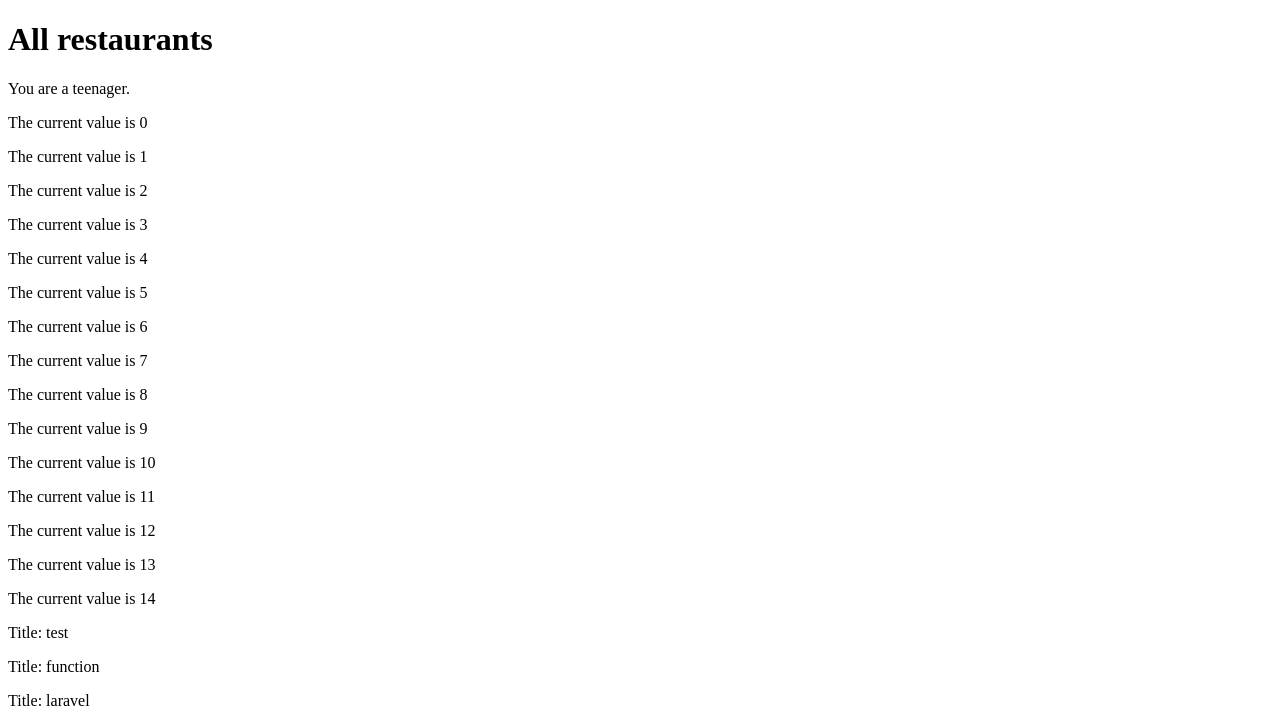
Repository: Dj3y/laravel
Page: http://localhost/restaurants
The author's editor kept a copy of each file at every save. The page is drawn from the files as they stood at one save, then again after the next save.
The browser window is 1280 px wide. The pictures show the whole page.
The page is served by the project's Laravel application, run on PHP 8.4 with Laravel 12. Queries for data that is not in the repository find no rows.

Above is the page before, as saved 2024-09-23 16:10:14.

After the next save:
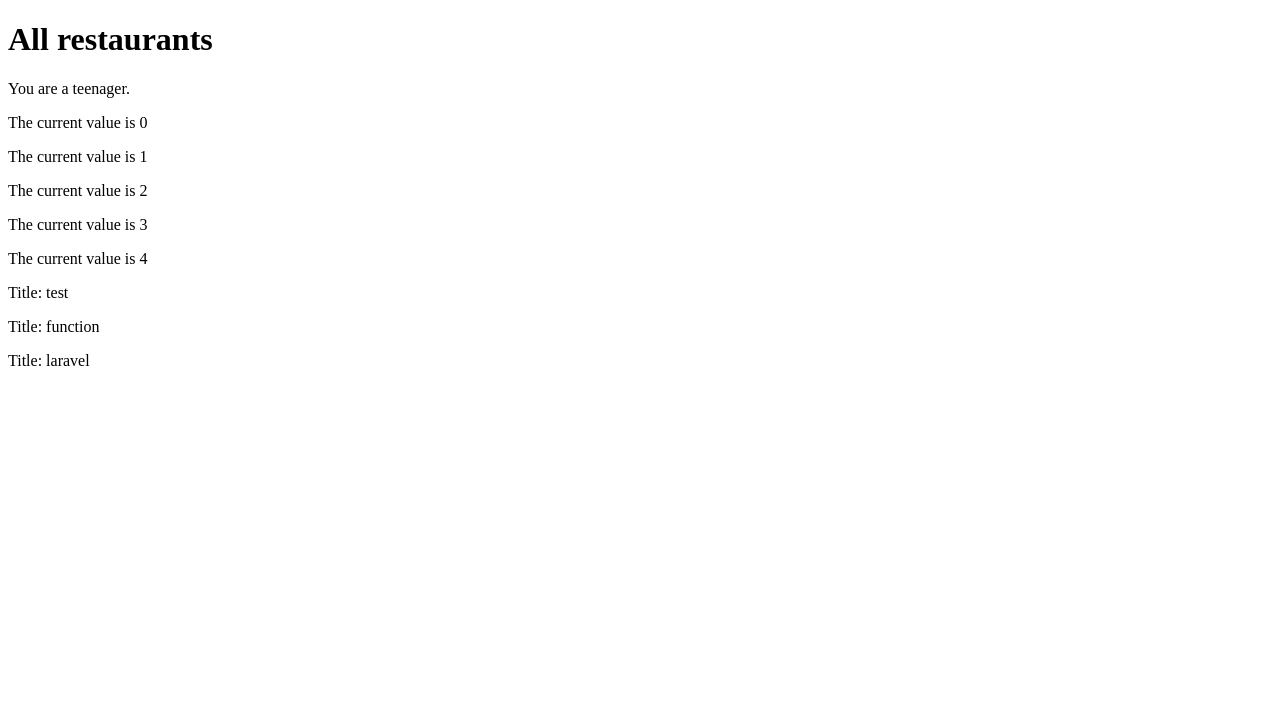
Saved 21 s later.
--- a/resources/views/restaurants/index.blade.php
+++ b/resources/views/restaurants/index.blade.php
@@ -10,7 +10,7 @@
     <!-- create, initialization, of variables -->
     @php
         $age = 15;
-        $a = 15;
+        $a = 5;
         $posts = ['test', 'function', 'laravel']
     @endphp
 
